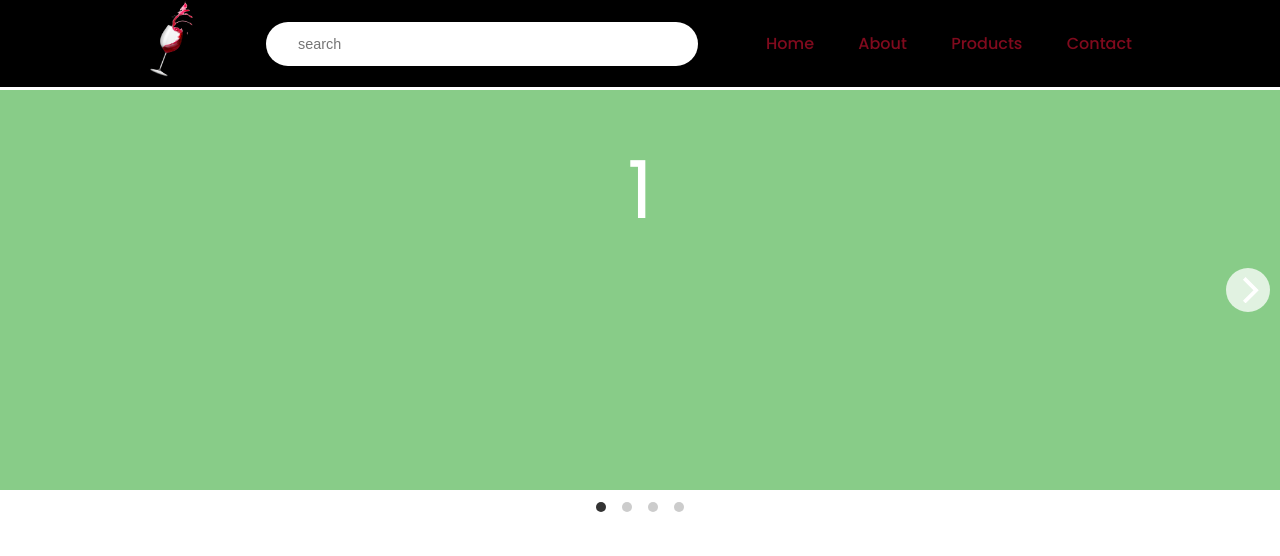
Repository: vncntxl/assesment3
Page: index.html
The author's editor kept a copy of each file at every save. The page is drawn from the files as they stood at one save, then again after the next save.
The browser window is 1280 px wide. The pictures show the whole page.
Some icons come from a web library that is not loaded, so they are not drawn.

Above is the page before, as saved 2024-08-21 17:45:26.

After the next save:
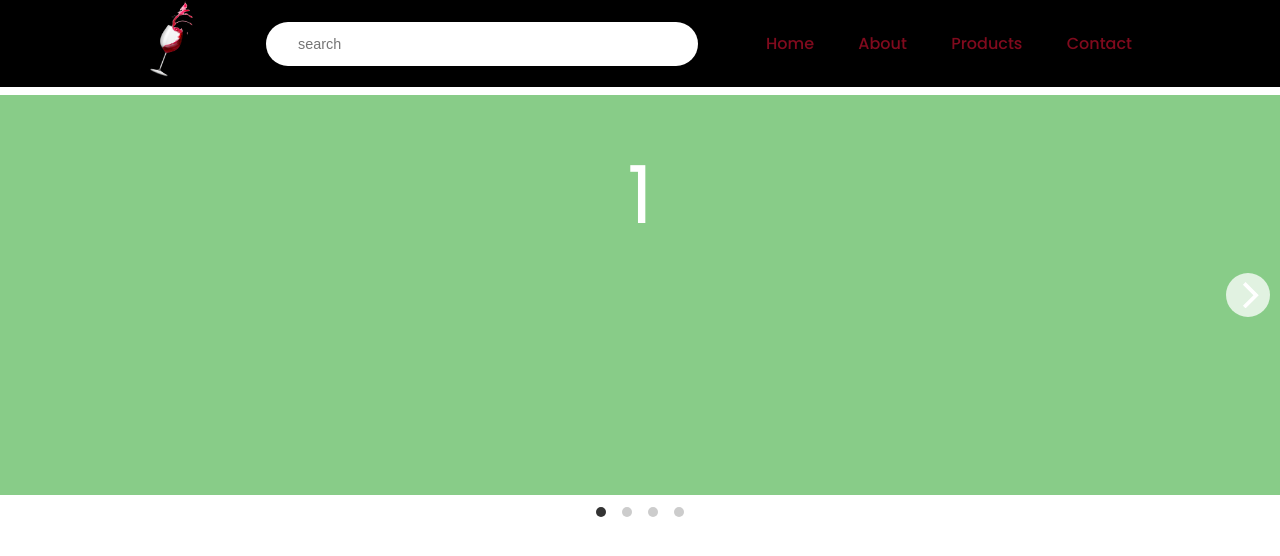
Saved 14 s later.
--- a/styles.css
+++ b/styles.css
@@ -64,7 +64,7 @@
 }
 
 .hero-section {
-    margin-top: 90px;
+    margin-top: 95px;
 }
 
 .carousel {

After the save that followed:
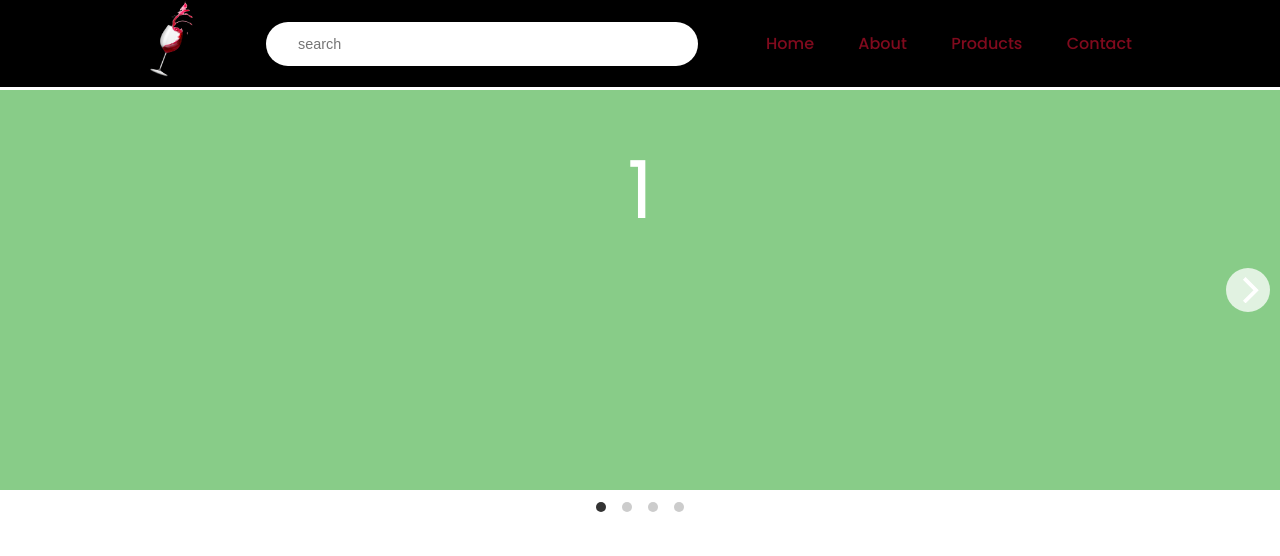
Saved 7 s later.
--- a/styles.css
+++ b/styles.css
@@ -64,7 +64,7 @@
 }
 
 .hero-section {
-    margin-top: 95px;
+    margin-top: 90px;
 }
 
 .carousel {
